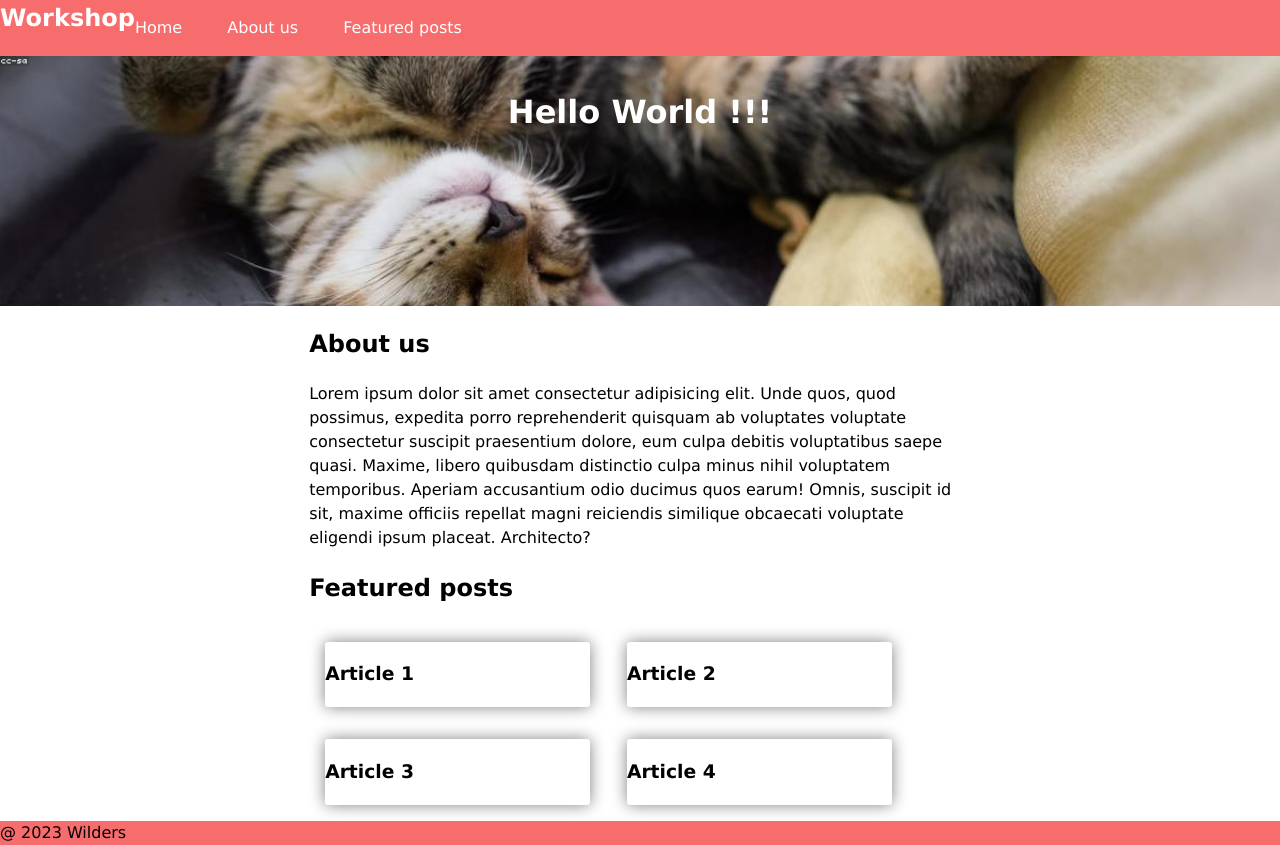
Repository: PPaillard/cssresponsive
Page: index.html
These files come from the project's save history. The page is drawn as it stood at one moment and after the next save; the edit follows.
The browser window is 1280 px wide. The pictures show the whole page.

Above is the page before, as saved 2023-03-03 12:17:40.

After the next save:
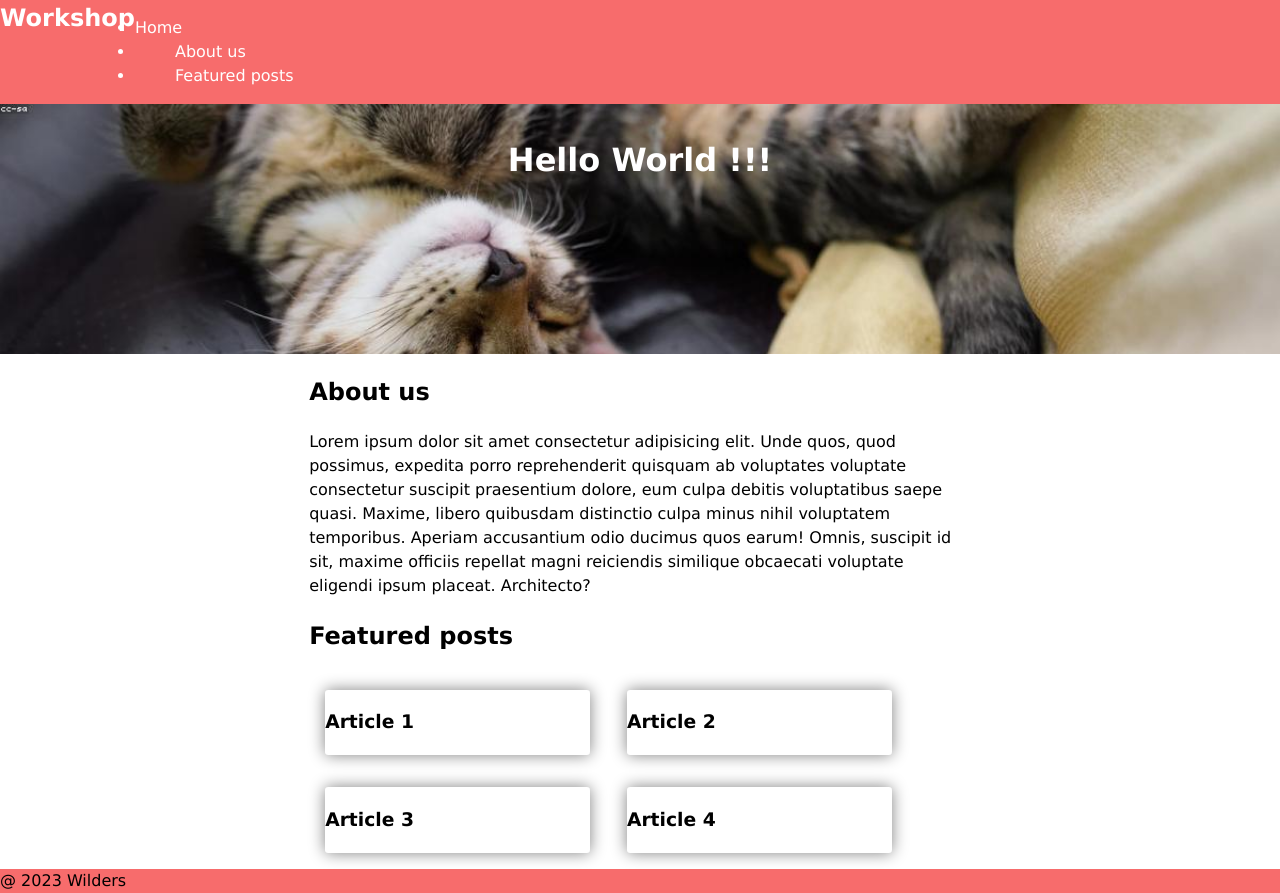
Saved 60 s later.
--- a/style.css
+++ b/style.css
@@ -22,10 +22,6 @@ nav > h2 {
 nav ul {
   margin: 0;
   padding: 1rem 0 1rem 0;
-}
-
-nav ul li {
-  display: inline-block;
 }
 
 nav ul li:not(:first-of-type) {
